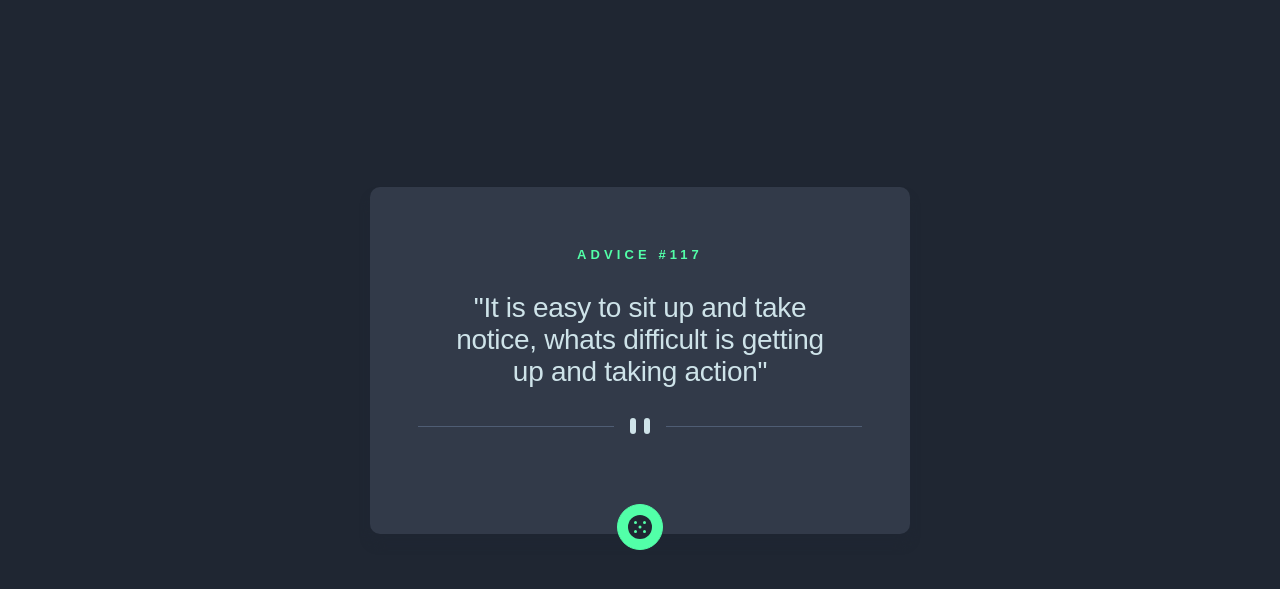
Repository: Arkitecth/advice-generator
Page: index.html
The author's editor kept a copy of each file at every save. The page is drawn from the files as they stood at one save, then again after the next save.
The browser window is 1280 px wide. The pictures show the whole page.

Above is the page before, as saved 2023-07-12 18:00:11.

### index.html
<!DOCTYPE html>
<html lang="en">
<head>
  <meta charset="UTF-8">
  <meta name="viewport" content="width=device-width, initial-scale=1.0"> <!-- displays site properly based on user's device -->

  <link rel="icon" type="image/png" sizes="32x32" href="./images/favicon-32x32.png">
  <link rel="stylesheet" href="style.css">
  <title>Advice generator app</title>

</head>
<body>
  <div class="container">
    <p class="advice">Advice <span class="advice-num">#117</span></p>
    <p class="advice-text">"It is easy to sit up and take notice, whats difficult is getting up and taking action"</p>
    <img class="pattern-divider" src="images/pattern-divider-desktop.svg" alt="pattern-divider-desktop">
    <div>
      <img class="dice-icon" src="images/icon-dice.svg" alt="dice-icon">
    </div>

  </div>
</body>
</html>

### style.css
:root {
    --dark-blue: hsl(218, 23%, 16%);
    --dark-grayish-blue:hsl(217, 19%, 24%);
    --light-cyan:  hsl(193, 38%, 86%);
    --neon-green:hsl(150, 100%, 66%);
    --grayish-blue:hsl(217, 19%, 38%);
}
* {
    margin: 0;
    padding:0;
    box-sizing: border-box;
    font-family: 'Manrope', sans-serif;
}
@import url('https://fonts.googleapis.com/css2?family=Manrope:wght@800&display=swap');


body {
    background-color: var(--dark-blue);
    display: flex;
    height: 100vh;
    align-items: center;
}

.container {
    margin: 0 auto;
    background-color: var(--dark-grayish-blue);
    max-width: 540px;
    padding: 50px;
    border-radius: 10px;
    box-shadow: 0px 10px 10px var(--dark-blue);
    display: flex;
    flex-direction: column;
    align-items: center;
    align-content: space-around;
    justify-content: space-between;
}

.advice {
    color: var(--neon-green);
    text-transform: uppercase;
    font-weight: 800;
    letter-spacing: 4.086px;
    font-size: 0.8125rem;
    padding: 10px;
}

.advice-text {
    color: var(--light-cyan);
    text-align: center;
    font-size: 28px;
    letter-spacing: -0.3px;
    padding: 20px;
}


.pattern-divider {
    padding-top: 10px;
}


.container div {

}

.dice-icon {
    transform: translateY(70px);
    border: 1px solid var(--neon-green);
    padding: 10px;
    background-color: var(--neon-green);
    border-radius: 50%;
}

After the next save:
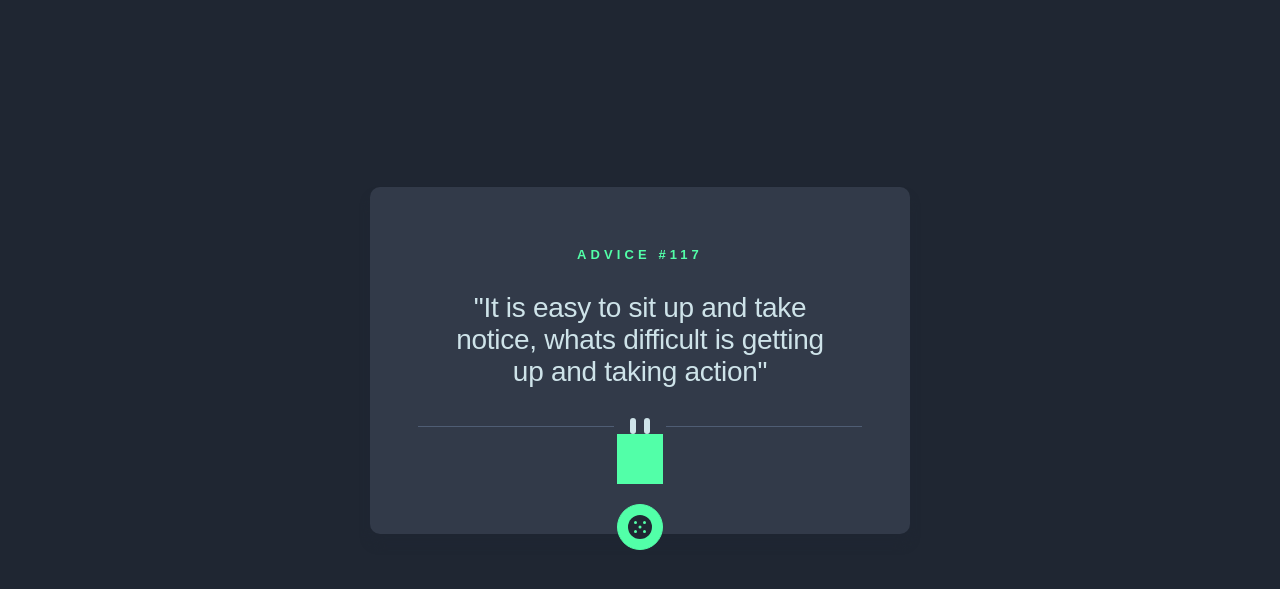
Saved 8 s later.
--- a/style.css
+++ b/style.css
@@ -59,7 +59,7 @@
 
 
 .container div {
-
+    background-color: var(--neon-green);
 }
 
 .dice-icon {
